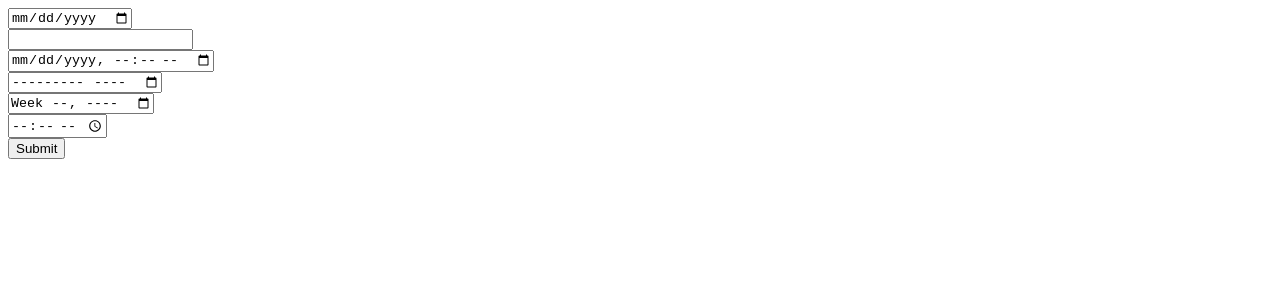
Repository: xiangyu-lin/Python_module
Page: demo/09-dateAndTime/9-7.html
These files come from the project's save history. The page is drawn as it stood at one moment and after the next save; the edit follows.
The browser window is 1280 px wide. The pictures show the whole page.

Above is the page before, as saved 2018-08-21 10:18:24.

### demo/09-dateAndTime/9-7.html
<!DOCTYPE html>
<html>
<head>
<meta charset="UTF-8">
<title>Insert title here</title>
</head>
<body>
	<!-- 年月日 -->
	<input type="date" name="datetime" id=""/><br>

	<!-- 浏览器不支持下面这个 可以用local 年月日时间 -->
	<input type="datetime" name="datetime1" id=""><br>
	<input type="datetime-local" name="datetime2" id=""><br>

	<!-- 年月 -->
	<input type="month" name="month" id=""><br>

	<!-- 第多少周 -->
	<input type="week" name="week" id=""><br>

	<!-- 时间 -->
	<input type="time" name="time" id=""><br>

	<input type="submit" name="submit"><br>
</body>
</html>

After the next save:
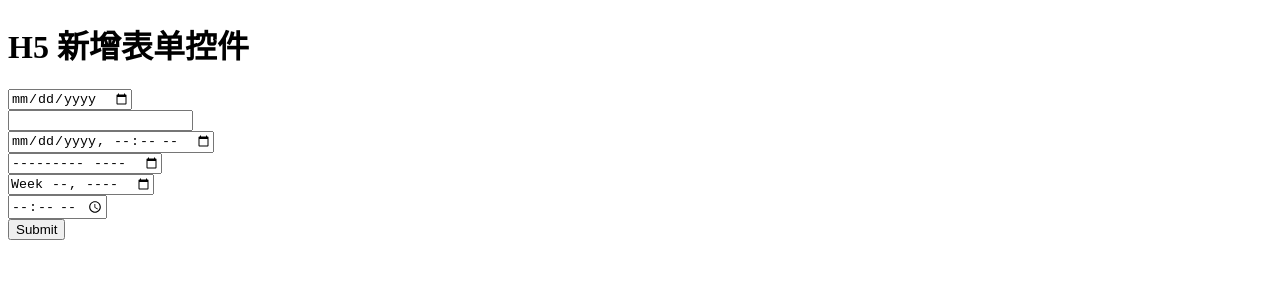
Saved 2 min 2 s later.
--- a/demo/09-dateAndTime/9-7.html
+++ b/demo/09-dateAndTime/9-7.html
@@ -5,6 +5,10 @@
 <title>Insert title here</title>
 </head>
 <body>
+
+	<h1>H5 新增表单控件</h1>
+	<form action="doAction.php" method="post">
+
 	<!-- 年月日 -->
 	<input type="date" name="datetime" id=""/><br>
 
